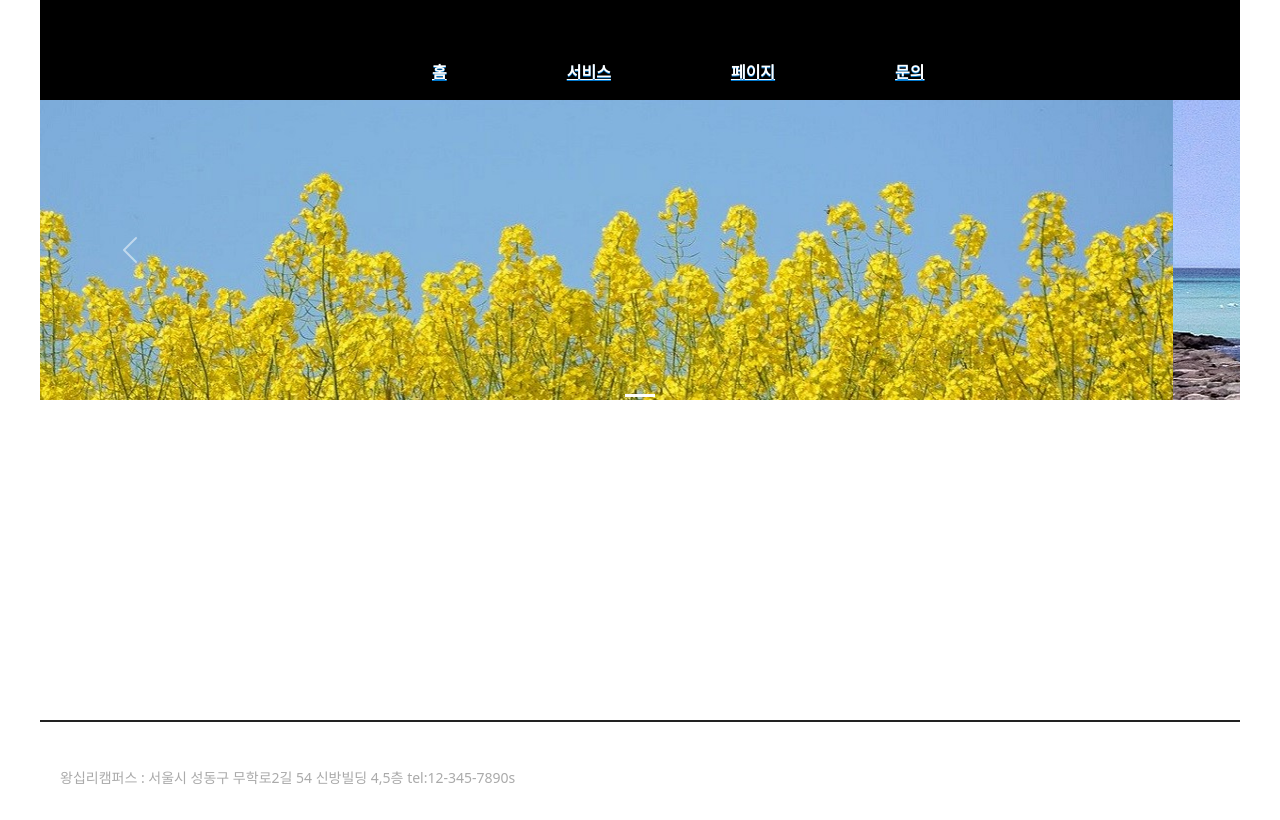
Repository: bjkim247/webproject
Page: http://localhost/jsptest/site.jsp
These files come from the project's save history. The page is drawn as it stood at one moment and after the next save; the edit follows.
The browser window is 1280 px wide. The pictures show the whole page.
Some web fonts or font styles are not loaded; a fallback is used. The page is served by Tomcat 10.

Above is the page before, as saved 2023-12-04 07:13:19.

After the next save:
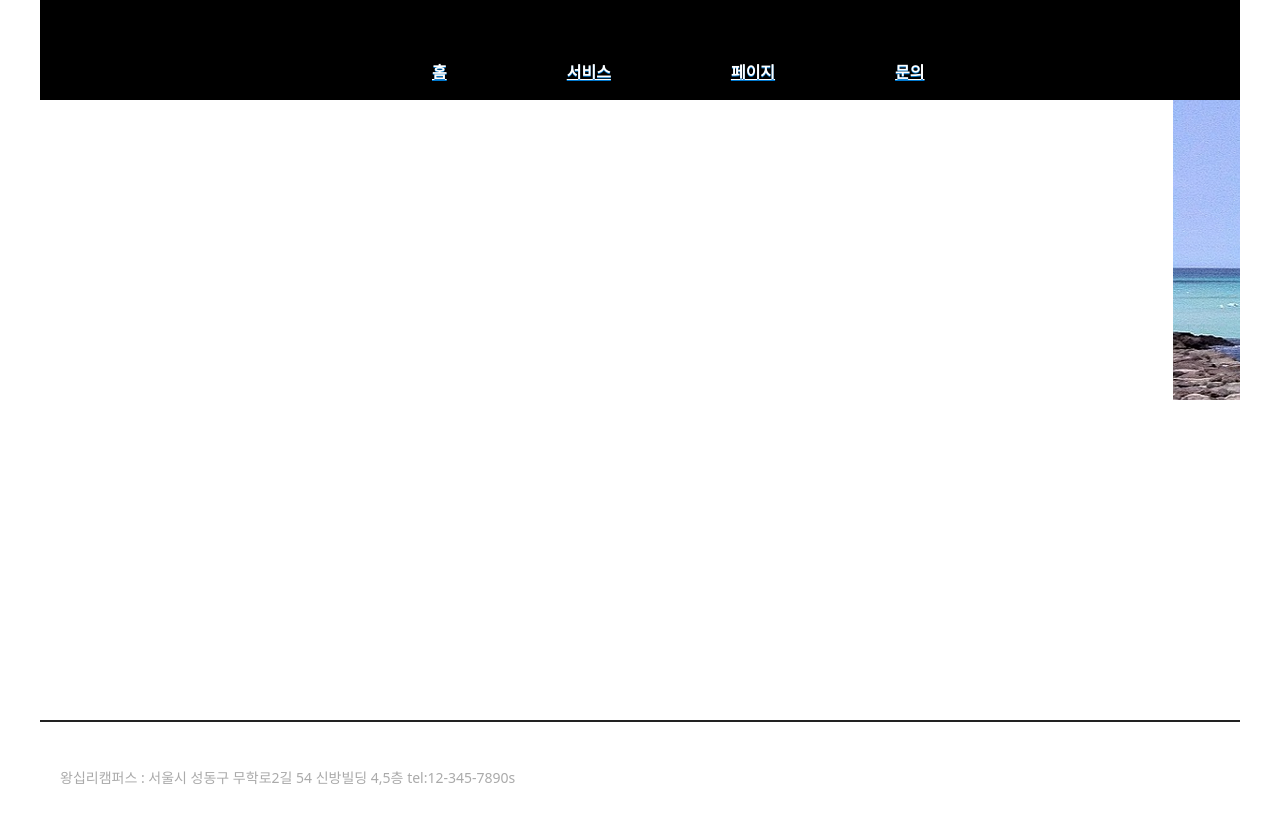
Saved 2 min 46 s later.
--- a/webproject/jsptest/src/main/webapp/site.jsp
+++ b/webproject/jsptest/src/main/webapp/site.jsp
@@ -47,7 +47,7 @@
   <!-- The slideshow/carousel -->
   <div class="carousel-inner">
     <div class="carousel-item active">
-      <img src="../image/photo-1.jpg" alt="" class="d-block" style="width:100%">
+      <img src="01.jpg" alt="" class="d-block" style="width:100%">
     </div>
     <div class="carousel-item">
       <img src="../image/photo-2.jpg" alt="" class="d-block" style="width:100%">
